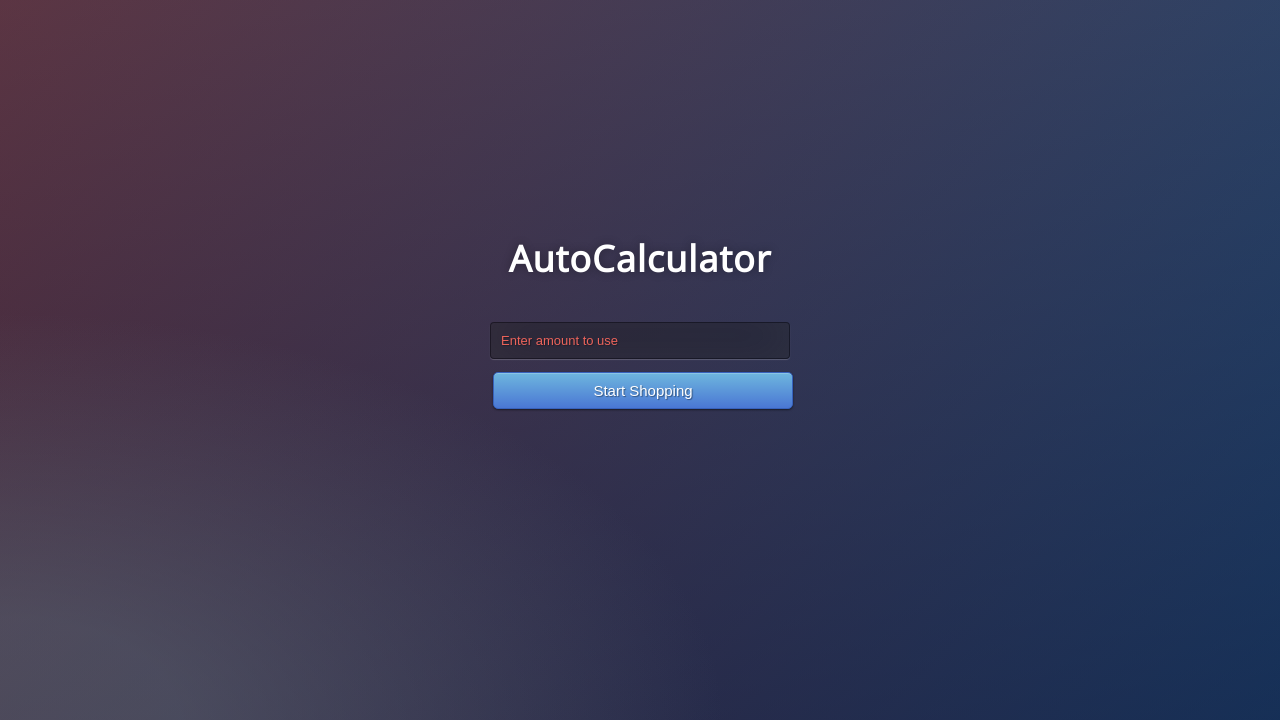
Repository: 365dayschallenge/Vic-17
Page: /
An editor plug-in stored every save of this project. The page is shown before and after the next save, followed by the edit.
The browser window is 1280 px wide. The pictures show the whole page.
The project was rebuilt for these pictures with package versions that can differ from the ones it lists, and the page was loaded fresh each time. Also part of the build but not shown: src/App.css, src/components/Shoppinglist.js.

Above is the page before, as saved 2022-01-17 20:04:08.

After the next save:
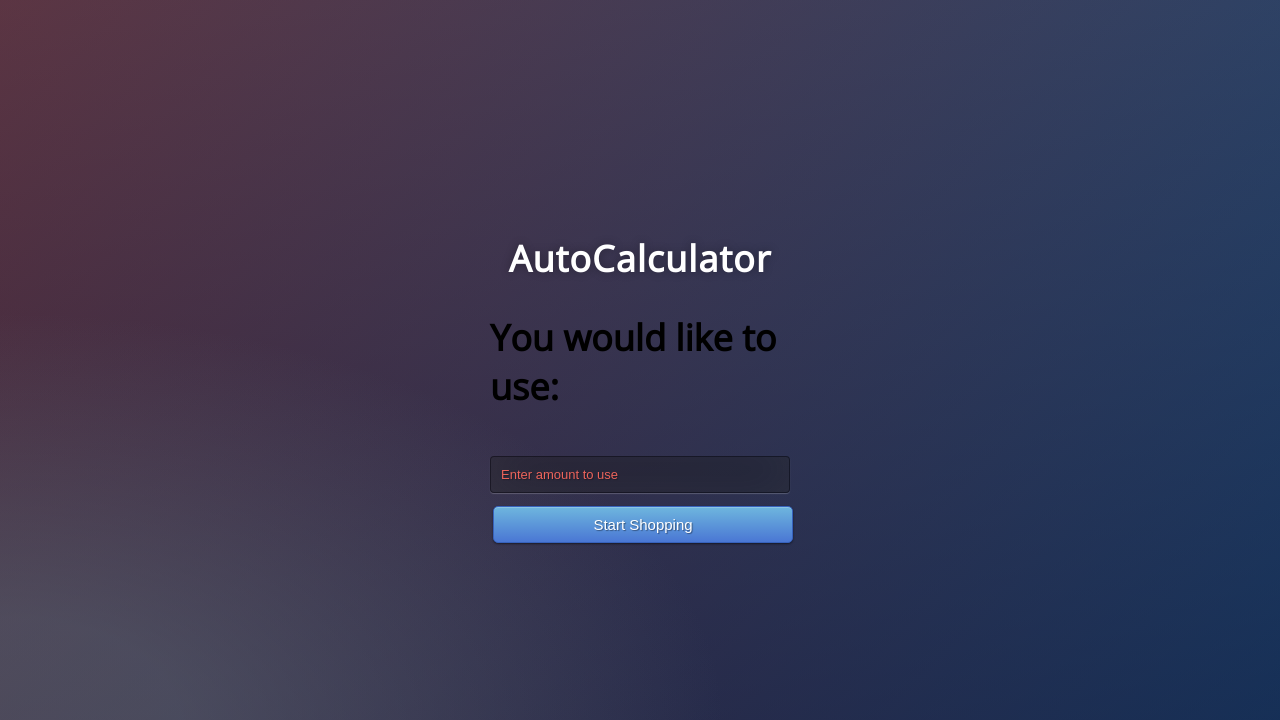
Saved 2 min 55 s later.
--- a/src/components/Calculator.js
+++ b/src/components/Calculator.js
@@ -16,7 +16,8 @@ function Calculator() {
     return (
       <div>
         <div className="login">
-          <h1>AutoCalculator {input}</h1>
+          <h1>AutoCalculator</h1>
+          <h2>You would like to use: {input}</h2>
           <form>
             <input
               type="text"
